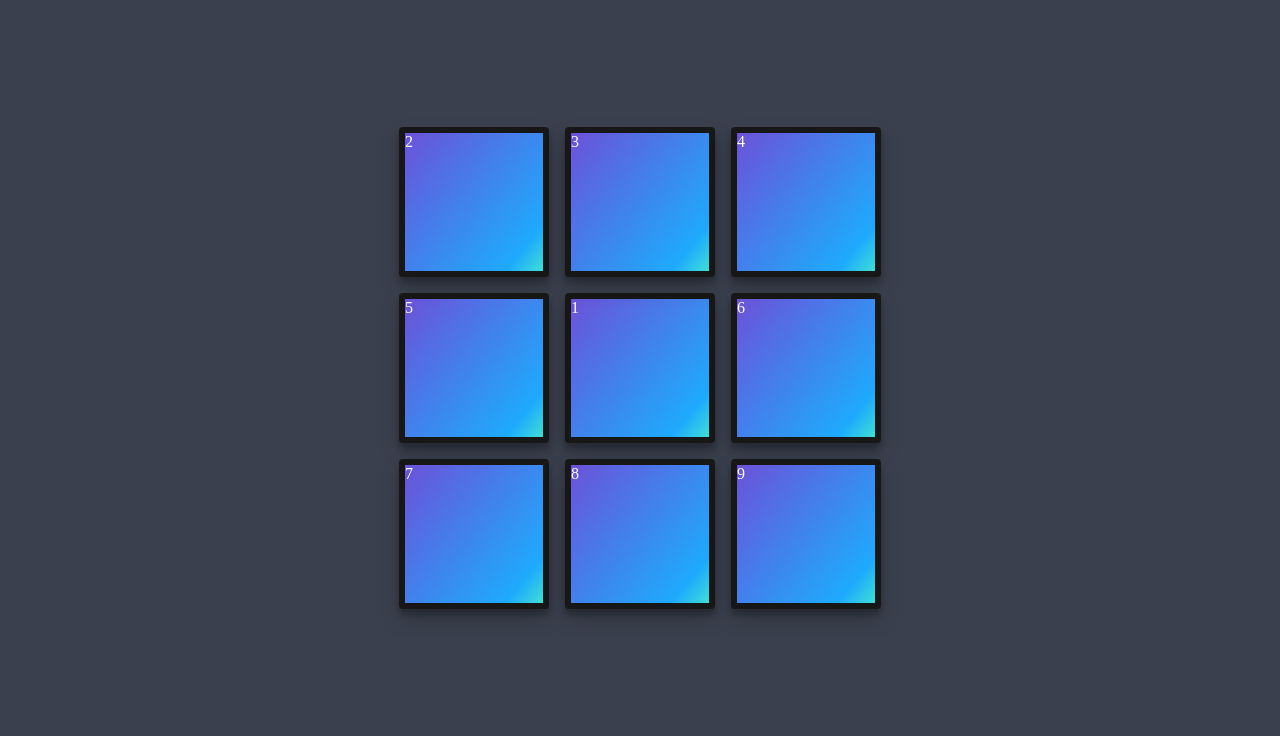
Repository: mariocapitbrok/css-grid
Page: index.html
These files come from the project's save history. The page is drawn as it stood at one moment and after the next save; the edit follows.
The browser window is 1280 px wide. The pictures show the whole page.

Above is the page before, as saved 2022-12-29 18:37:31.

After the next save:
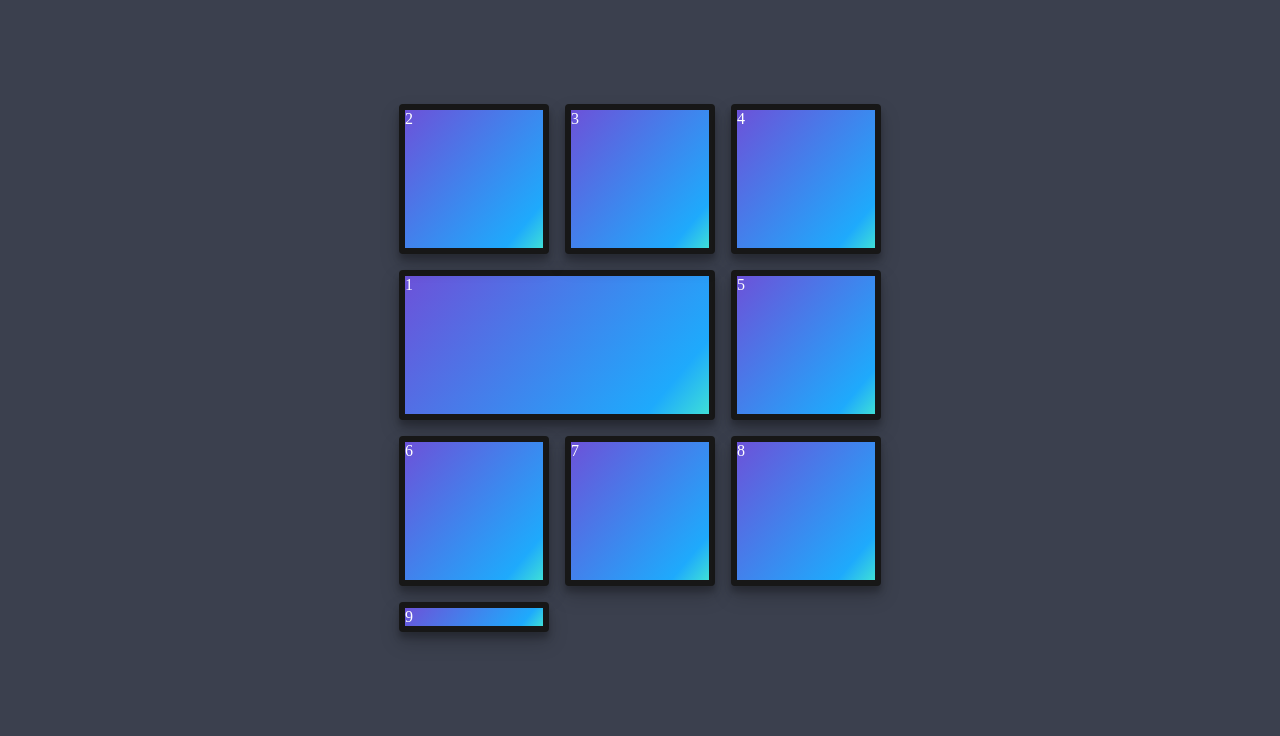
Saved 39 s later.
--- a/styles.css
+++ b/styles.css
@@ -23,6 +23,6 @@
 }
 
 .item1 {
+  grid-column: 1 / 3;
   grid-row: 2 / 3;
-  grid-column: 2 / 3;
 }

After the save that followed:
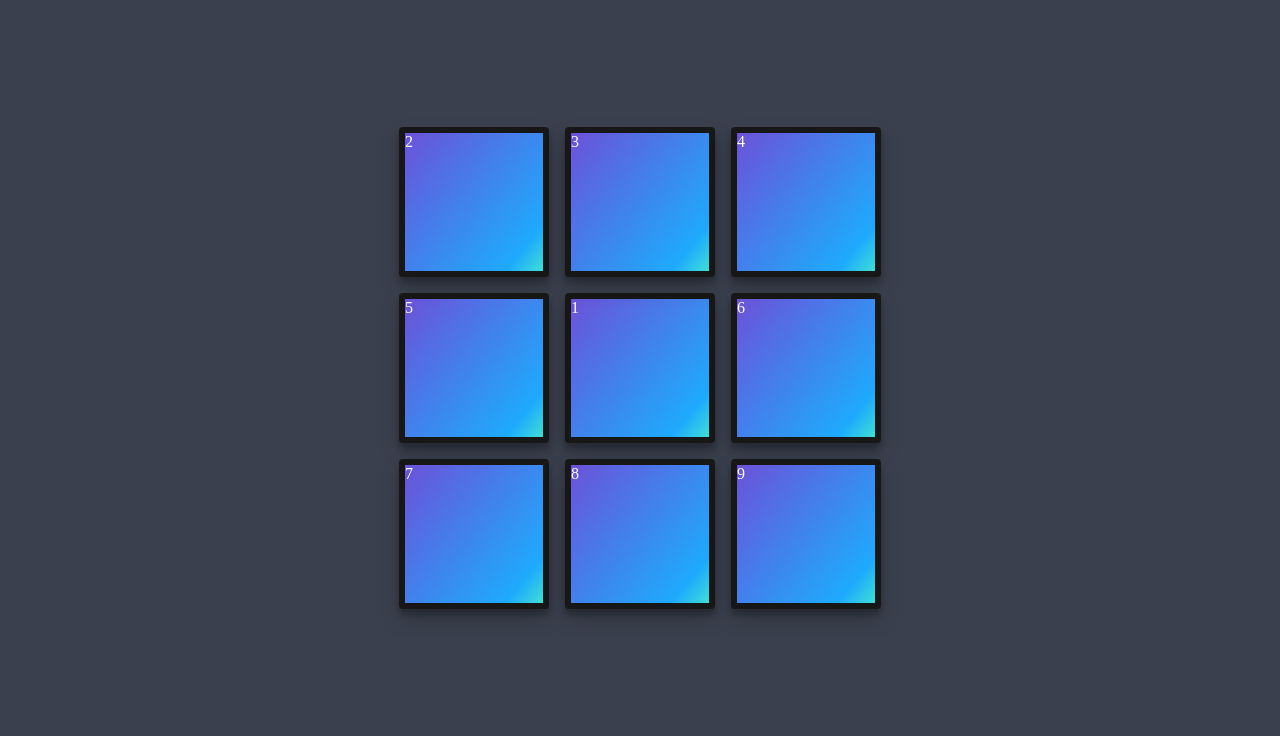
Saved 13 s later.
--- a/styles.css
+++ b/styles.css
@@ -23,6 +23,6 @@
 }
 
 .item1 {
-  grid-column: 1 / 3;
+  grid-column: 2 / 3;
   grid-row: 2 / 3;
 }
